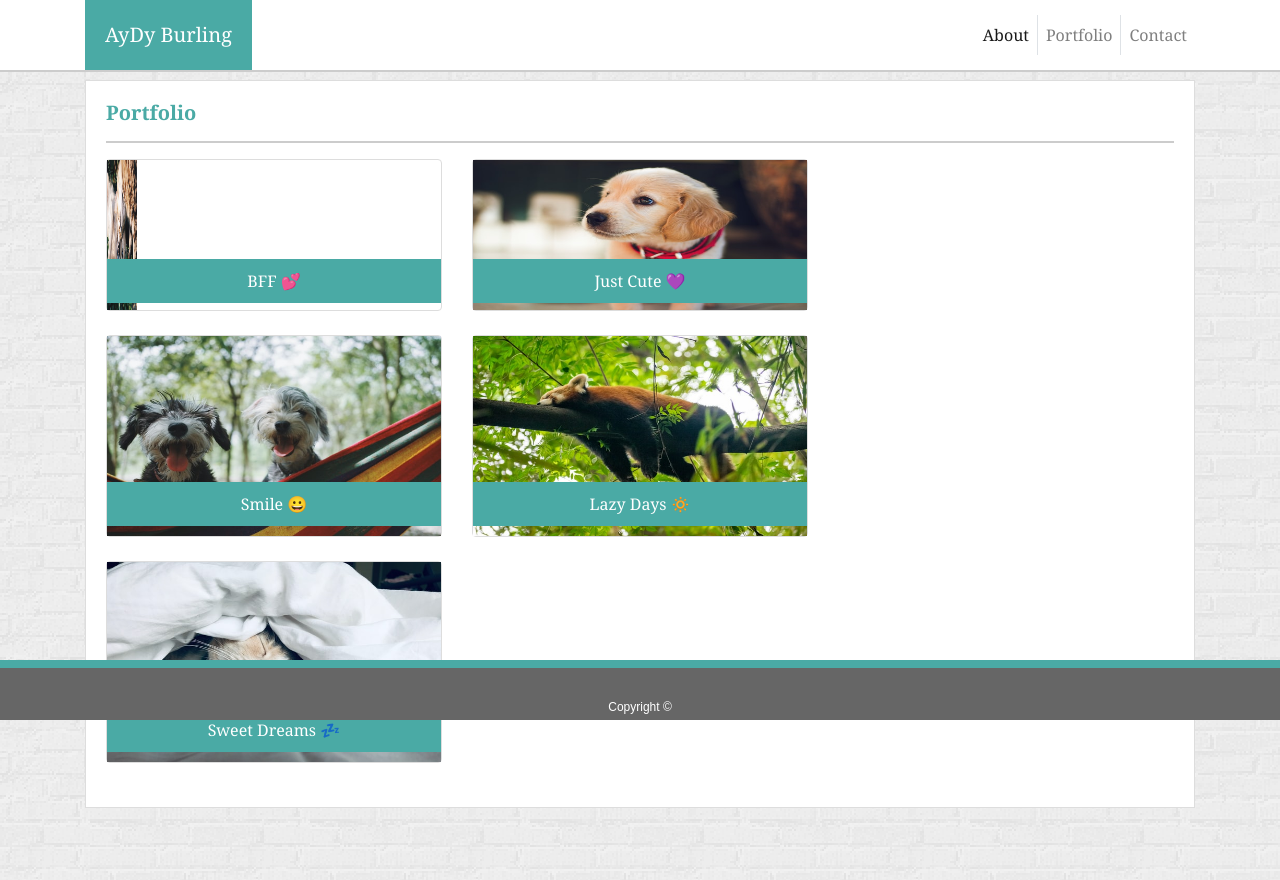
Repository: Dee1985/AyDy-Burling-prework
Page: Module-1_Assessment/portfolio.html
The author's editor kept a copy of each file at every save. The page is drawn from the files as they stood at one save, then again after the next save.
The browser window is 1280 px wide. The pictures show the whole page.

Above is the page before, as saved 2020-05-22 23:31:23.

### Module-1_Assessment/portfolio.html
<!DOCTYPE html>
<html lang="en">
  <head>
    <meta charset="UTF-8" />
    <meta name="viewport" content="width=device-width, initial-scale=1.0" />
    <meta http-equiv="X-UA-Compatible" content="ie=edge" />
    <title>Portfolio</title>
    <link rel="stylesheet" href="assets/css/reset.css" />
    <link
      rel="stylesheet"
      href="https://stackpath.bootstrapcdn.com/bootstrap/4.3.1/css/bootstrap.min.css"
      integrity="sha384-ggOyR0iXCbMQv3Xipma34MD+dH/1fQ784/j6cY/iJTQUOhcWr7x9JvoRxT2MZw1T"
      crossorigin="anonymous"
    />
    <link rel="stylesheet" href="assets/css/style.css" />
  </head>
  <body>
    <nav class="navbar navbar-light navbar-expand-lg p-0 card-gallery ">
      <div class="container">
        <a href="# "class="navbar-brand text-white"
          >AyDy Burling</a>
          <button
              class="navbar-toggler"
              type="button"
              data-toggle="collapse"
              data-target="#navbarTogglerDemo02"
              aria-controls="navbarTogglerDemo02"
              aria-expanded="false"
              aria-label="Toggle navigation"
            >
              <span class="navbar-toggler-icon"></span>
            </button>
            <div class="collapse navbar-collapse" id="navbarTogglerDemo02">
              <ul class="navbar-nav ml-auto mt-2 mt-lg-0">
                <li class="nav-item active">
                  <a class="nav-link border-right" href="index.html">About</a>
                </li>
                <li class="nav-item">
                  <a class="nav-link border-right" href="#">Portfolio</a>
                </li>
                <li class="nav-item">
                  <a class="nav-link" href="contact.html" tabindex="-1">Contact</a>
                </li>
              </ul>
            </div>
          </nav>

    <section class="card-gallery">
      <div class="container">
        <div class="row">
          <div class="col mb-4 mt-2">
            <div class="card rounded-0 mb-5">
              <div class="card-body">
              <h5 class="card-title">Portfolio</h5>
              <hr />
              <!-- start of cards -->
            <div class="row justify-content-start">
              <!-- first card -->
                <div class="col-4 mb-4">
                            <div class="card text-white">
                                <img src="assets/img/krista-mangulsone-9gz3wfHr65U-unsplash.jpg"  width="30px"height="150px" alt="cat and dog cuddles">
                                <div class="card-heading text-center">
                                    BFF 💕
                                </div>
                            </div>
                        </div>
               <!-- second card -->
                <div class="col-4 mb-4">
                            <div class="card text-white">
                                <img src="assets/img/berkay-gumustekin-ngqyo2AYYnE-unsplash.jpg" width="100%" height="150px" alt="puppy pic">
                                <div class="card-heading text-center">
                                    Just Cute 💜
                                </div>
                            </div>
                  </div>
            </div>
               <!-- third card -->
            <div class="row">
              <div class="col-4 mb-4">
                            <div class="card text-white">
                                <img src="assets/img/alvan-nee-FHl79chXS6s-unsplash.jpg" width="100%" height="200px" alt="two dogs smiling">
                                <div class="card-heading text-center">
                                    Smile 😀
                                </div>
                            </div>
                        </div>
               <!-- fourth card -->
                   <div class="col-4 mb-4">
                            <div class="card text-white">
                                <img src="assets/img/chris-curry-GYpsSWHslHA-unsplash.jpg" width="100%" height="200px" alt="animal sleeping on branch">
                                <div class="card-heading text-center">
                                    Lazy Days 🔅
                                </div>
                            </div>
                        </div>
                        </div>
               <!-- fifth card -->
               <div class="row justify-content-start">
                   <div class="col-4 mb-4">
                            <div class="card text-white">
                                <img src="assets/img/kate-stone-matheson-uy5t-CJuIK4-unsplash.jpg" width="100%" height="200px" alt="cat under a blanket">
                                <div class="card-heading text-center">
                                    Sweet Dreams 💤
                                </div>
                            </div>
                        </div>
                        </div>

            </div>
              </div>
            </div>
          </div>
        </div>
      </div>
    </section>
    <footer>
      <div class="fixed text-center text-white"> Copyright &copy;</div>
    </footer>

    <script
      src="https://code.jquery.com/jquery-3.3.1.slim.min.js"
      integrity="sha384-q8i/X+965DzO0rT7abK41JStQIAqVgRVzpbzo5smXKp4YfRvH+8abtTE1Pi6jizo"
      crossorigin="anonymous"
    ></script>
    <script
      src="https://cdnjs.cloudflare.com/ajax/libs/popper.js/1.14.7/umd/popper.min.js"
      integrity="sha384-UO2eT0CpHqdSJQ6hJty5KVphtPhzWj9WO1clHTMGa3JDZwrnQq4sF86dIHNDz0W1"
      crossorigin="anonymous"
    ></script>
    <script
      src="https://stackpath.bootstrapcdn.com/bootstrap/4.3.1/js/bootstrap.min.js"
      integrity="sha384-JjSmVgyd0p3pXB1rRibZUAYoIIy6OrQ6VrjIEaFf/nJGzIxFDsf4x0xIM+B07jRM"
      crossorigin="anonymous"
    ></script>
  </body>
</html>

### Module-1_Assessment/assets/css/style.css
* {
	box-sizing: border-box;
	margin: 0;
	padding: 0;
}

section {
	/* https://www.toptal.com/designers/subtlepatterns/?s=brick */
	background-image: url('../img/brickwall_@2X.png');
	background-position: center;
}

nav {
	font-family: Cambria, Cochin, Georgia, Times, 'Times New Roman', serif;
}

.btn {
	background-color: #4aaaa5;
	border-color: #4aaaa5;
}
.navbar {
	border-bottom: 2px solid #cccccc;
}
a.navbar-brand {
	background-color: #4aaaa5;
	padding: 20px;
	margin: 0;
}
hr {
	border-top: 2px solid;
	border-color: #cccccc;
}
div.col-4.mb-4 {
	width: 20%;
}
.card {
	font-family: Arial, Helvetica, sans-serif;
	border-color: #dddddd;
}
.card-title {
	font-size: 20px;
	color: #4aaaa5;
	font-family: Cambria, Cochin, Georgia, Times, 'Times New Roman', serif;
	font-weight: bold;
}
.card-heading {
	background-color: #4aaaa5;
	font-size: 16px;
	font-family: Cambria, Cochin, Georgia, Times, 'Times New Roman', serif;
	position: absolute;
	bottom: 5%;
	width: 100%;
	padding-top: 10px;
	padding-bottom: 10px;
}

footer {
	position: fixed;
	left: 0;
	bottom: 0;
	width: 100%;
	border-top: 8px solid #4aaaa5;
	background-color: #666666;
	color: #ffffff;
	font-family: Arial, 'Helvetica Neue', Helvetica, sans-serif;
	font-size: 12px;
	height: 60px;
	padding-top: 30px;
}

Loaded but not shown: Module-1_Assessment/assets/css/reset.css (common file)

After the next save:
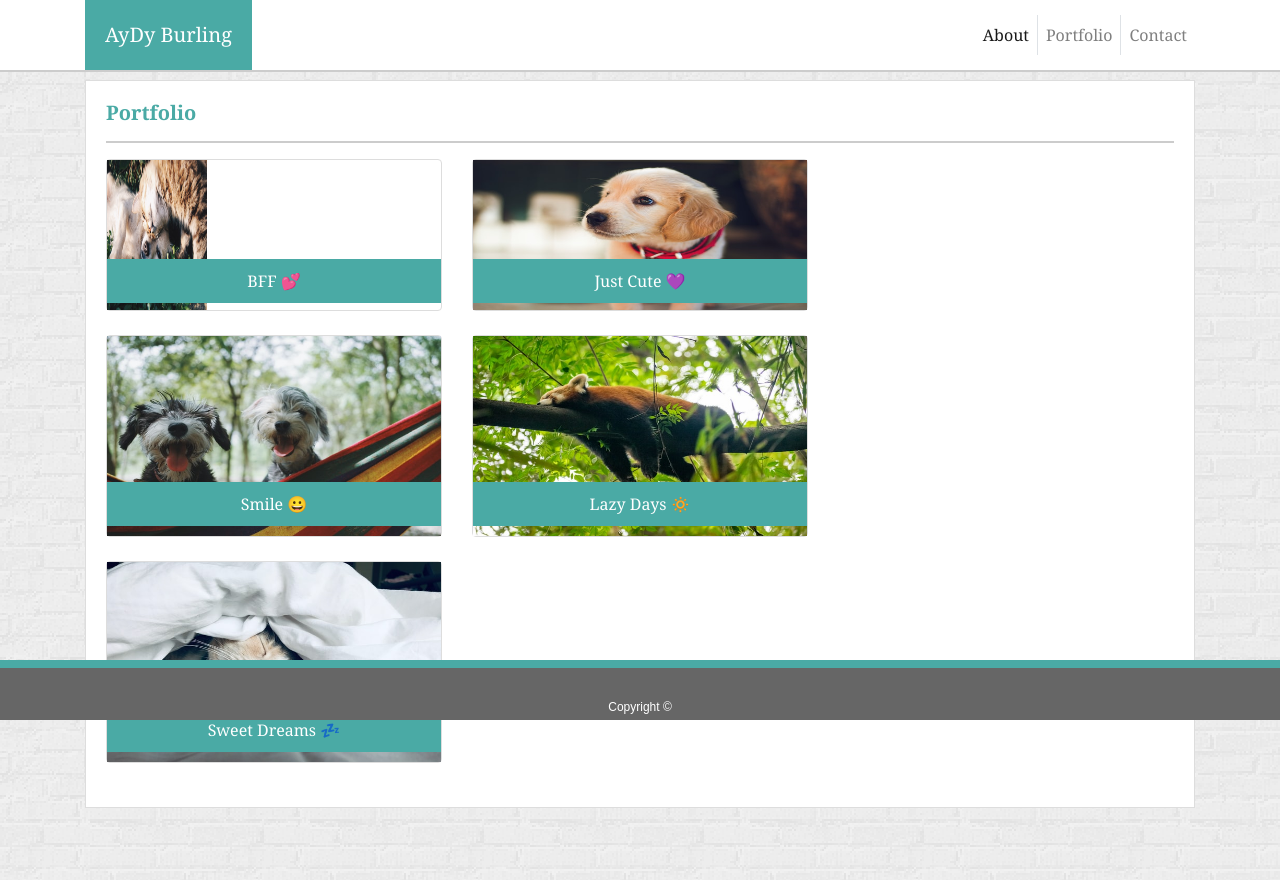
Saved 18 s later.
--- a/Module-1_Assessment/portfolio.html
+++ b/Module-1_Assessment/portfolio.html
@@ -58,7 +58,7 @@
               <!-- first card -->
                 <div class="col-4 mb-4">
                             <div class="card text-white">
-                                <img src="assets/img/krista-mangulsone-9gz3wfHr65U-unsplash.jpg"  width="30px"height="150px" alt="cat and dog cuddles">
+                                <img src="assets/img/krista-mangulsone-9gz3wfHr65U-unsplash.jpg"  width="30%"height="150px" alt="cat and dog cuddles">
                                 <div class="card-heading text-center">
                                     BFF 💕
                                 </div>
